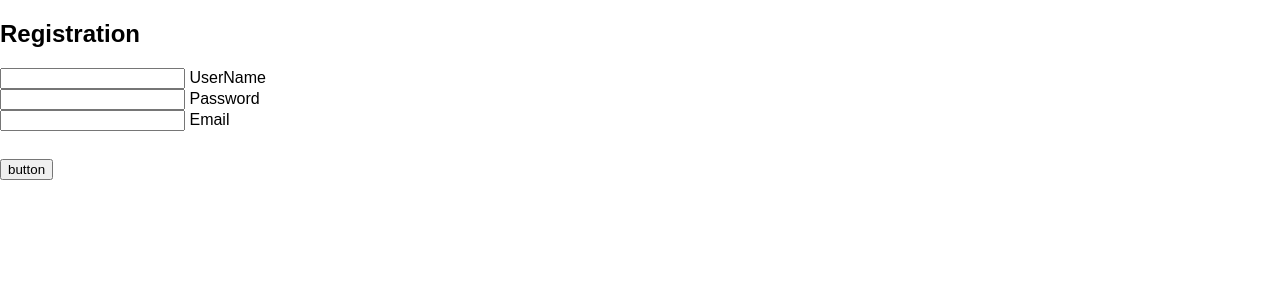
Repository: Berilinanir/Login-Logout-System
Page: Loginn/WebContent/registration.html
An editor plug-in stored every save of this project. The page is shown before and after the next save, followed by the edit.
The browser window is 1280 px wide. The pictures show the whole page.

Above is the page before, as saved 2018-10-12 15:59:18.
Not found: Loginn/WebContent/resim.jpg

### Loginn/WebContent/registration.html
<!DOCTYPE html>
<html>
<head>
<meta charset="ISO-8859-1">
<title>Insert title here</title>

<link rel="stylesheet" type="text/css" href="style.css">

</head>
<body background="resim.jpg" >

  <form method="post" action="Main">

  <div class="box">

  <h2>Registration</h2>

  <div class="inputbox">

   <input name="name" type="text">
   <label>UserName</label>
 </div>
  <div class="inputbox">

   <input name="pass" type="password">
   <label>Password</label>
 </div>
 <div class="inputbox">

   <input name="email" type="email">
   <label>Email</label>
 </div>
<pre>

<input type="submit" value="button">
</pre>
</form>
 </div>
</body>
</html>

### Loginn/WebContent/style.css
@charset "UTF-8";



body{

	margin:0;
	padding:0;
	font-family:sans-serif;
	background-image:url(resim.jpg);
	backgorund-size:cover;

}

.login-box{

	  position:absolute;
	  top:50%;
	  left:50%;
	  transform:translate(-50%,-50%);
	  width:400px;
	  height:40px;
	  background:rgba(0,0,0,.8);
}

After the next save:
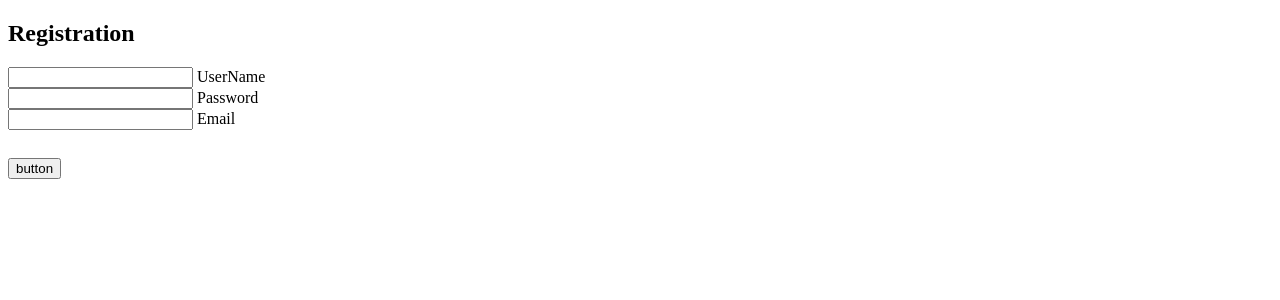
Saved 20 s later.
--- a/Loginn/WebContent/style.css
+++ b/Loginn/WebContent/style.css
@@ -4,11 +4,8 @@
 
 body{
 
-	margin:0;
-	padding:0;
-	font-family:sans-serif;
-	background-image:url(resim.jpg);
-	backgorund-size:cover;
+
+
 
 }
 

After the 3 saves that followed:
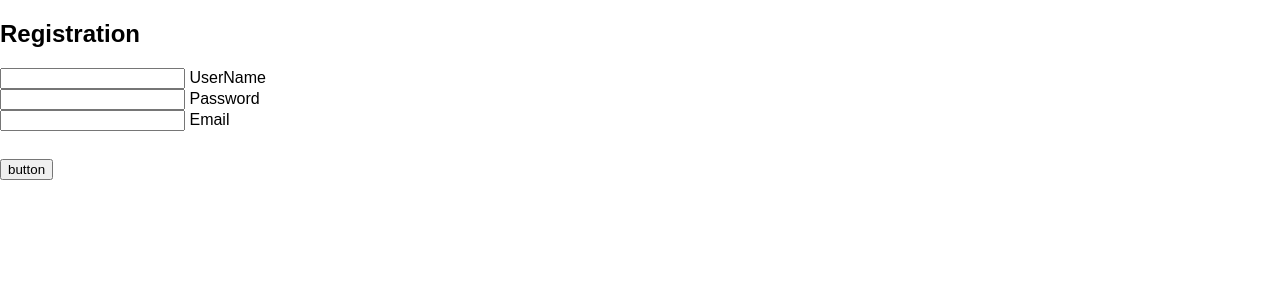
The 3 saves are shown as one change because 2 left the picture as it was.
The last was saved 8 min 47 s later.
--- a/Loginn/WebContent/registration.html
+++ b/Loginn/WebContent/registration.html
@@ -4,14 +4,27 @@
 <meta charset="ISO-8859-1">
 <title>Insert title here</title>
 
+<style type="text/css">
+
+body{
+
+    margin:0;
+	padding:0;
+	font-family:sans-serif;
+	background-image:url(resim.jpg);
+	backgorund-size:cover;
+}
+
+</style>
+
+
 <link rel="stylesheet" type="text/css" href="style.css">
 
 </head>
-<body background="resim.jpg" >
-
+<body >
   <form method="post" action="Main">
 
-  <div class="box">
+  <div class="registration.box">
 
   <h2>Registration</h2>
 
--- a/Loginn/WebContent/style.css
+++ b/Loginn/WebContent/style.css
@@ -4,12 +4,15 @@
 
 body{
 
-
-
+	margin:0;
+	padding:0;
+	font-family:sans-serif;
+	background-image:url(resim.jpg);
+	backgorund-size:cover;
 
 }
 
-.login-box{
+.registration-box{
 
 	  position:absolute;
 	  top:50%;
